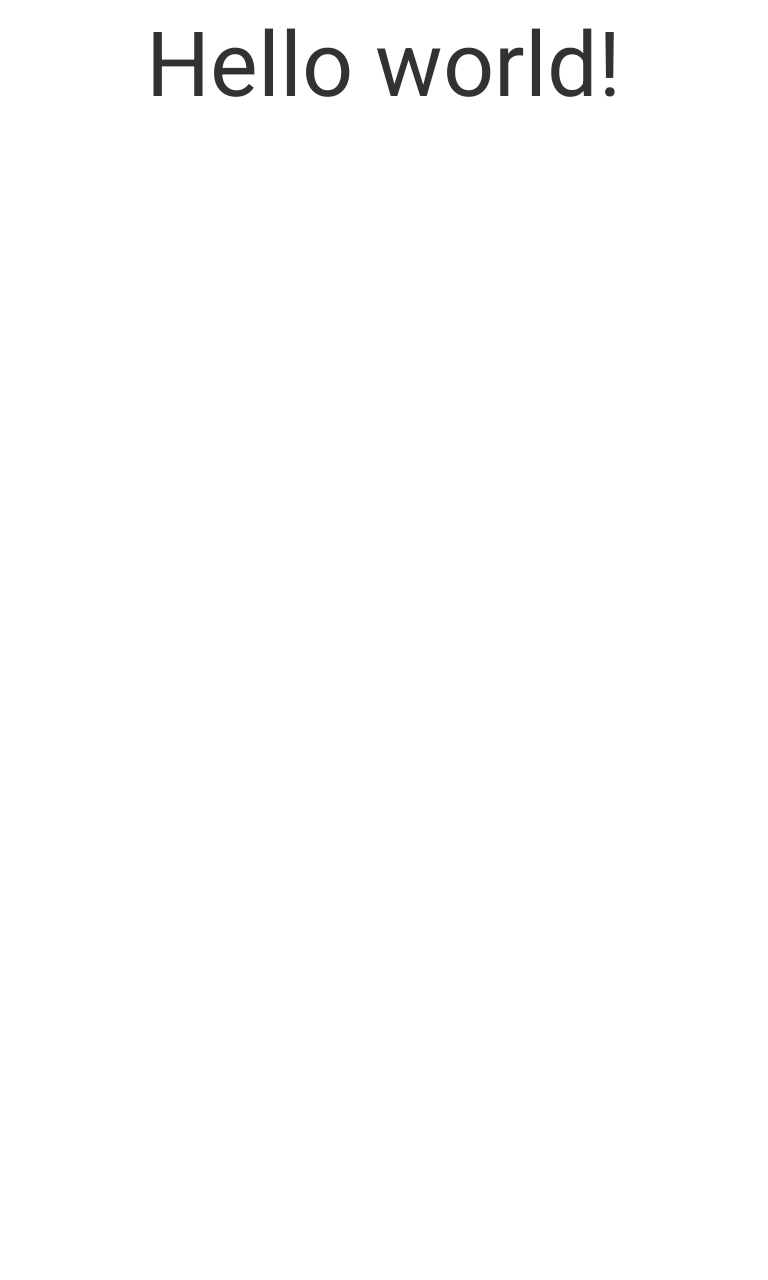
Repository: Maxxxushi/YoutubeTutorial
Layout: YoutubeTutorial/res/layout/activity_starting_point.xml
These files come from the project's save history. The layout is drawn as it stood at one moment and after a run of saves; the edit follows.
It is drawn on a 768 x 1280 px phone screen (xhdpi) without system bars, with theme AppTheme; the app's code is not run.

Above is the layout before, as saved 2013-01-15 18:03:15.

### YoutubeTutorial/res/layout/activity_starting_point.xml
<LinearLayout xmlns:android="http://schemas.android.com/apk/res/android"
    xmlns:tools="http://schemas.android.com/tools"
    android:orientation="vertical"
    android:layout_width="match_parent"
    android:layout_height="match_parent"
    tools:context=".StartingPoint" >

    <TextView
        android:layout_width="wrap_content"
        android:layout_height="wrap_content"
        android:layout_gravity="center"
        android:gravity="center"
        android:text="@string/hello_world"
        android:textSize="45sp" />

</LinearLayout>

### YoutubeTutorial/res/values/strings.xml
<?xml version="1.0" encoding="utf-8"?>
<resources>

    <string name="app_name">YoutubeTutorial</string>
    <string name="hello_world">Hello world!</string>
    <string name="menu_settings">Settings</string>

</resources>

Loaded but not shown: YoutubeTutorial/res/values/styles.xml (common file); YoutubeTutorial/res/values-v11/styles.xml (common file); YoutubeTutorial/res/values-v14/styles.xml (common file)

After the next 2 saves:
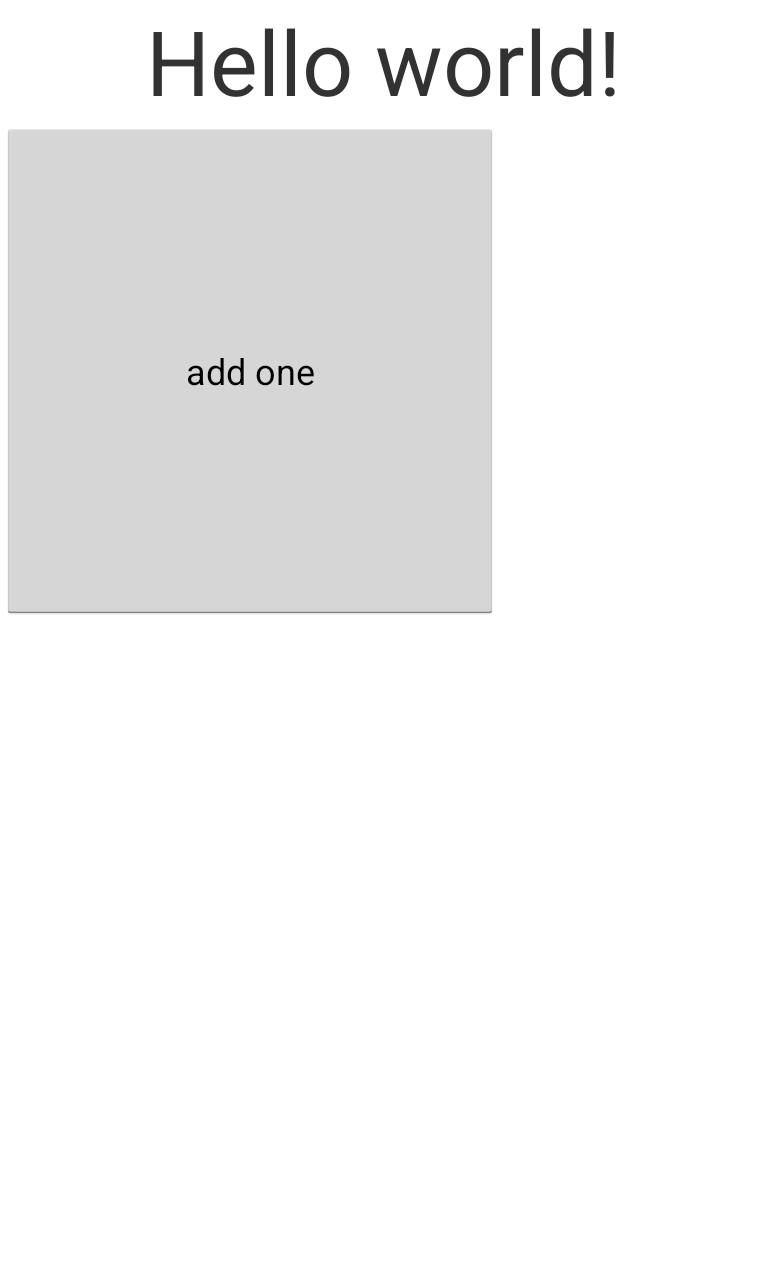
The 2 saves are shown as one change because 1 did not build or start.
The last was saved 100 s later.
--- a/YoutubeTutorial/res/layout/activity_starting_point.xml
+++ b/YoutubeTutorial/res/layout/activity_starting_point.xml
@@ -13,4 +13,14 @@
         android:text="@string/hello_world"
         android:textSize="45sp" />
 
+    <Button
+        android:layout_width="250dp"
+        android:layout_height="250dp"
+        android:text="add one"
+
+        />
+
+
+
+
 </LinearLayout>
